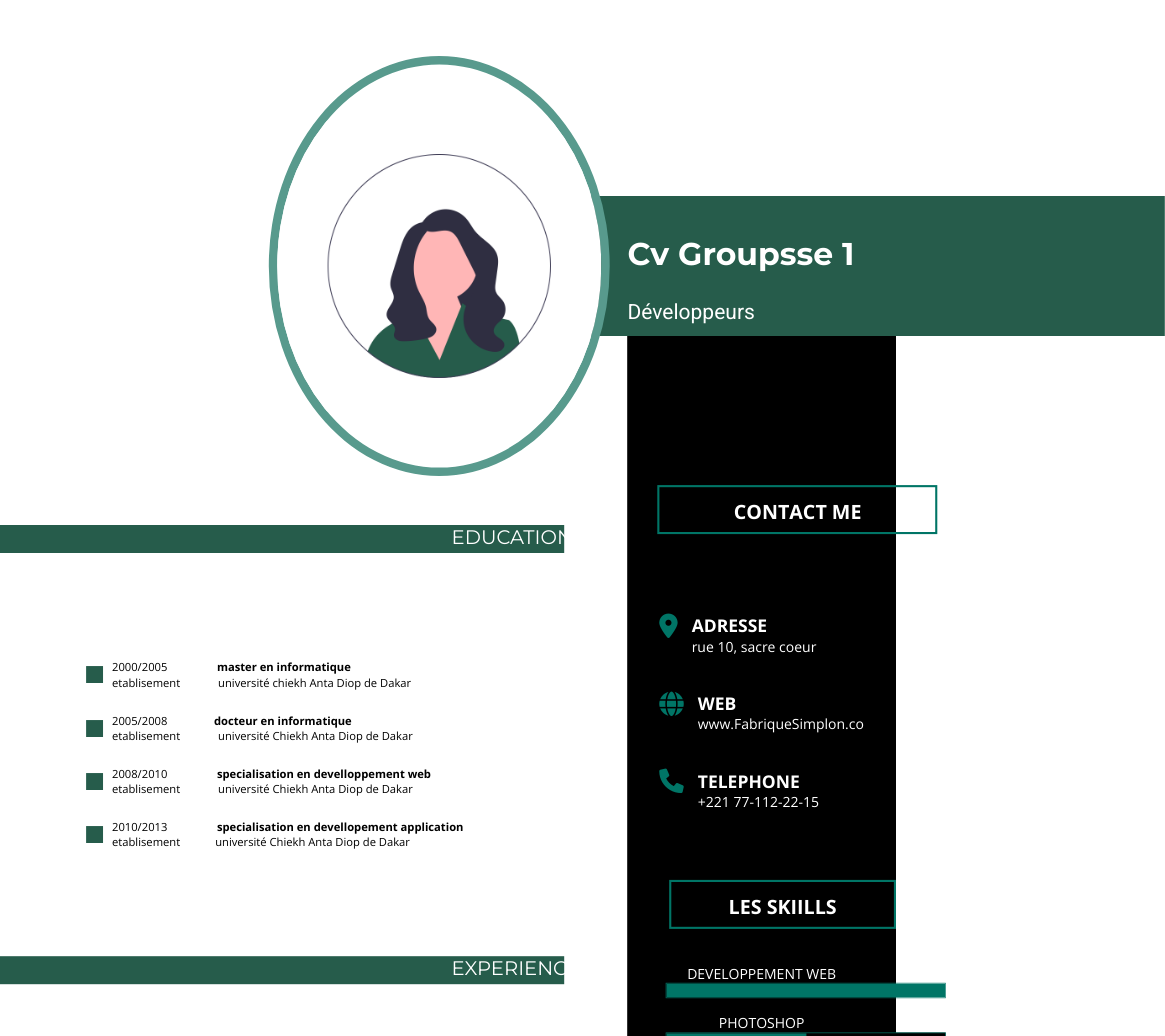
Repository: NdiongueFH/Mon_CV
Page: CV_Groupe1.html
The author's editor kept a copy of each file at every save. The page is drawn from the files as they stood at one save, then again after the next save.
The browser window is 1280 px wide. The page is 1664 px wide, so the pictures cover 1664 px, including what lies to the right of the window. The pictures show the part of the page from y = 0 to 1480 px (the page is 2097 px tall before and 1897 px after), at 70% of full size.

Above is the page before, as saved 2024-08-05 15:55:59.

### CV_Groupe1.html
<!DOCTYPE html>
<html lang="fr">
<head>
    <meta charset="UTF-8">
    <meta name="viewport" content="width=device-width, initial-scale=1.0">
    <!--Intégration de police d'écriture via un lien web-->
    <link href="https://fonts.googleapis.com/css2?family=Montserrat:wght@400;700&family=Open+Sans:wght@400;700&family=Roboto:wght@400;500&display=swap" rel="stylesheet">
    <!--Intégration de notre lien CSS-->
    <!--Intégration de police d'écriture via un lien web-->
    <link href="https://fonts.googleapis.com/css2?family=Montserrat:wght@400;700&family=Open+Sans:wght@400;700&family=Roboto:wght@400;500&display=swap" rel="stylesheet">
    <link rel="stylesheet" href="https://cdnjs.cloudflare.com/ajax/libs/font-awesome/6.0.0-beta3/css/all.min.css">
    <!--Intégration de notre lien CSS-->
    <link rel="stylesheet" href="CV_Groupe1.css">
    <title>MON CV</title>

</head>
<body>
    <!--section principale-->
    <section id="principal">

        <!--Début Partie Ndiawar-->

        <!--la partie profile de notre cv-->
        <section id="profile">
            <!--identité-->
            <div id="identite">
                <!--image-->
                <div class="image">

                    <img id="image_profil" src="./image/profil.png" alt="" sizes="30" srcset="">
                </div>
                <!--fin image-->
                <!--debut nom-->
                <div class="nom">
                    <h2 id="name_cv">Cv Groupsse 1</h2>
                    <span id="function">Développeurs</span>
                </div>
                <!--fin nom-->
            </div>
            <!--fin identité-->
        </section>
        <!--fin de la partie profile-->

        <!--Fin Partie Ndiawar Diop-->


        <!--le debut du corp de notre cv-->
        <section  id="renseignement">
            <!--corp -->
            <div id="corps">
                <!--debut blanc-->
                <div class="blanc">
                    <!--Début Partie Anta Maguette Faye-->
                    <!--education-->
                    <div class="edu_exp">
                        <!--titre education-->
                        <div class="titre_edu_exp">
                            EDUCATION
                        </div>
                        <!--fin titre education-->
                        <!--parti education-->
                        <div class="info_edu">
                            <ul id="carre">
                                <li>
                                    <p>
                                        2000/2005 &nbsp;&nbsp;&nbsp;<span class="espace"> <strong>master en informatique</strong> </span><br>
                                        etablisement <span class="espace"> université chiekh Anta Diop de Dakar  </span><br>
                                    </p>
                                </li>
                                <li>
                                    <p>
                                        2005/2008  &nbsp;&nbsp;&nbsp;<span class="espace"><strong>docteur en informatique </strong> </span><br>
                                        etablisement <span class="espace"> université Chiekh Anta Diop de Dakar</span>
                                    </p>
                                </li>
                                <li>
                                    <p>
                                        2008/2010 &nbsp;&nbsp;&nbsp;<span class="espace"> <strong>specialisation en develloppement web </strong>  </span><br>
                                        etablisement <span class="espace">université Chiekh Anta Diop de Dakar</span>
                                    </p>
                                </li>
                                <li>
                                    <p>
                                        2010/2013 &nbsp;&nbsp;&nbsp;<span class="espace"> <strong>specialisation en devellopement application</strong></span>  <br>
                                        etablisement<span class="espace">université Chiekh Anta Diop de Dakar</span>
                                    </p>

                                </li>
                            </ul>
                        </div>
                        <!--fin parti education-->
                    </div>
                    <!--fin education-->


                    <!--Fin Partie Anta Maguette Faye-->

                    <!--Début Partie Fatoumata Hawa Ndiongue-->

                    <!--experience-->
                    <div class="edu_exp" >
                        <!--titre experience-->
                        <div class="titre_edu_exp">
                            EXPERIENCE
                        </div>
                        <!--fin titre experience-->
                        <!--parti experience-->
                            <div class="info_edu">
                                <ul id="carre">
                                    <li>
                                        <p>
                                            2000/2005 &nbsp;&nbsp;&nbsp;<span class="espace"> <strong>master en informatique</strong> </span><br>
                                            etablisement <span class="espace"> université chiekh Anta Diop de Dakar  </span><br>
                                        </p>
                                    </li>
                                    <li>
                                        <p>
                                            2005/2008  &nbsp;&nbsp;&nbsp;<span class="espace"><strong>docteur en informatique </strong> </span><br>
                                            etablisement <span class="espace"> université Chiekh Anta Diop de Dakar</span>
                                        </p>
                                    </li>
                                    <li>
                                        <p>
                                            2008/2010 &nbsp;&nbsp;&nbsp;<span class="espace"> <strong>specialisation en develloppement web </strong>  </span><br>
                                            etablisement <span class="espace">université Chiekh Anta Diop de Dakar</span>
                                        </p>
                                    </li>
                                    <li>
                                        <p>
                                            2010/2013 &nbsp;&nbsp;&nbsp;<span class="espace"> <strong>specialisation en devellopement application</strong></span>  <br>
                                            etablisement<span class="espace">université Chiekh Anta Diop de Dakar</span>
                                        </p>

                                    </li>
                                </ul>
                            </div>
                        <!--fin parti experience-->
                    </div>
                    <!--fin experience-->

                    <!--Début Footer-->
                    <div id="footer">

                    </div>
                    <!--Fin Footer-->

                    <!--Fin Partie Fatoumata Hawa Ndiongue-->

                </div>
                <!--fin blanc-->

                <!--Début Moustapha Dieng-->


                <!--debut noir-->
                <div class="noir">
                    <!--contact-->
                    <div class="contact">
                        <!--titre contact-->
                        <div class="titre_contact_skill">
                            <h1>CONTACT ME</h1>
                        </div>
                        <!--fin titre contact-->
                        <!-- donnee contact-->
                        <div class="donnees_contact">
                            <div class="info_contact">
                                <i class="fas fa-map-marker-alt"></i>
                                <div>
                                    <strong>ADRESSE</strong><br>
                                    rue 10, sacre coeur
                                </div>
                            </div>
                            <div class="info_contact">
                                <i class="fas fa-globe"></i>
                                <div>
                                    <strong>WEB</strong><br>
                                    www.FabriqueSimplon.co
                                </div>
                            </div>
                            <div class="info_contact">
                                <i class="fas fa-phone"></i>
                                <div>
                                    <strong>TELEPHONE</strong><br>
                                    +221 77-112-22-15

                                </div>
                            </div>

                        </div>
                        <!--fin donnee contact-->
                    </div>
                    <!--fin contact-->
                    <!--skill-->
                    <div class="skill">
                        <!--titre skill-->
                        <div class="titre_contact_skill2">
                            <h1> LES  SKIILLS</h1>
                        </div>
                        <!--fin titre skill-->
                        <!--donné skill-->
                        <div class="donnees_skill">DEVELOPPEMENT WEB</div>
                            <div class="bar-container">
                                <div class="bar"></div>
                            </div>
                        <div class="donnees_skill">PHOTOSHOP</div>
                            <div class="bar-container">
                                <div class="bar1"></div>
                            </div>
                        <div class="donnees_skill">SOFT SKILLS</div>
                            <div class="bar-container">
                                <div class="bar2"></div>
                            </div>
                        <div class="donnees_skill">DESIGN</div>
                            <div class="bar-container">
                                <div class="bar3"></div>
                            </div>
                        <!--fin donné skill-->
                    </div>
                    <!--fin skill-->
                    <!--resaux socio-->
                    <div id="resaux">
                        <div class="rs-container">
                            <div class="rs"></div>
                        </div>
                        <div class="social-icons">
                            <i class="fab fa-facebook-f"></i>
                            <i class="fab fa-instagram"></i>
                            <i class="fab fa-twitter"></i>
                        </div>
                    </div>
                    <!--fin resaux socio-->
                </div>
                <!--fin noir-->

                <!--Fin Moustapha Dieng-->


            </div>
            <!--fin corp-->

        </section>
        <!--la fin du corp de notre cv-->
    </section>
    <!--Fin section principale-->

</body>
</html>

### CV_Groupe1.css
/*Le pseudo-élément `:root` en CSS permet de définir des variables globales pour un document,
représentant l'élément `<html>`. Utilisé pour centraliser la gestion des styles comme
les couleurs et les polices, il facilite la maintenance du CSS en rendant
les valeurs facilement réutilisables et modifiables dans toute la feuille de style.*/


:root {
    /* Définition des couleurs de base */
    --teal-1: #265C4B; /* Teal foncé */
    --teal-2: #146551; /* Teal moyen foncé */
    --teal-3: #007566; /* Teal vif */
    --teal-4: #589A8D; /* Teal clair */
    --teal-5: #fff; /* Blanc très clair */
    --Noir-6: #000000; /*Noir*/
    --Blanc-7: #ffffff; /*Blanc*/

    /* Utilisation des couleurs pour différents éléments */

    --color-title: var(--teal-1); /* Couleur pour les titres */
    --color-subtitle: var(--teal-3); /* Couleur pour les sous-titres */
    --color-paragraph: var(--teal-2); /* Couleur pour les paragraphes */
    --color-border: var(--teal-4); /* Couleur pour les bordures */
    --color-backgroundFoncé: var(--teal-1); /*Couleur de fond foncée*/
    --color-background: var(--teal-5); /* Couleur de fond général */
    --color-text: var(--Noir-6); /*Couleur pour le texte de fond*/
    --color-white: var(--Blanc-7); /*Couleur blanche pour les texte de fon d'une balise"*/
}

/*Intégration de nos polices d'écritures générales pour notre texte, titre et les sous-titres*/
:root {
    /* Polices */
    --font-title: 'Montserrat', sans-serif;
    --font-text: 'Open Sans', sans-serif;
    --font-subtitle: 'Roboto', sans-serif;

    /* Taille de police standard et poids */
    --font-size-normal: 16px; /* Taille de police standard pour le texte */
    --font-size-title: 28px; /* Taille de police pour les grands titres */
    --font-size-subtitle: 20px; /* Taille de police pour les sous-titres */
    --font-weight-normal: 400; /* Poids normal de la police */
    --font-weight-bold: 700; /* Poids en gras */
    /*Pour le profil la taile du nom et du sous-titre*/
    --font-size-titleProfil: 45px;
    --font-size-subtitleProfil: 30px;
}

/*Intégration de nos polices d'écritures générales pour notre texte, titre et les sous-titres*/
:root {
    /* Polices */
    --font-title: 'Montserrat', sans-serif;
    --font-text: 'Open Sans', sans-serif;
    --font-subtitle: 'Roboto', sans-serif;

    /* Taille de police standard et poids */
    --font-size-normal: 16px; /* Taille de police standard pour le texte */
    --font-size-title: 28px; /* Taille de police pour les grands titres */
    --font-size-subtitle: 20px; /* Taille de police pour les sous-titres */
    --font-weight-normal: 400; /* Poids normal de la police */
    --font-weight-bold: 700; /* Poids en gras */
    /*Pour le profil la taile du nom et du sous-titre*/
    --font-size-titleProfil: 45px;
    --font-size-subtitleProfil: 30px;
}

/*Initialisation de notre body pour supprimer les marges et choix du type de police pour notre site*/


/*Initialisation de notre body pour supprimer les marges et choix du type de police pour notre site*/
* {
  box-sizing: border-box;
}

body {
    margin: 0;
    padding: 0;
    color: var(--color-text);
    font-family: var(--font-text);
    font-size: var(--font-size-normal);
    font-weight: var(--font-weight-normal);
    overflow-x: hidden;
}


#profile {
    position: relative;
    z-index: 1;
    top: 400px;
    right: -30%;
    }

    #principal {
        margin-top: -320px;
    }


/*Partie Ndiawar Diop*/
    /*Début partie profil de Mon_CV*/

/*Div Identité*/
#identite {
    display: flex;
    align-items: center; /* Pour aligner verticalement les éléments à l'intérieur */
    background: none;
}
/*Image*/
.image {
    border: 12px solid var(--color-border);
    width: 600px;  /* Assurez-vous que le conteneur est carré */
    height: 600px;
    border-radius: 50%;  /* Rend l'image ronde */
    overflow: hidden;  /* Cache les parties de l'image qui débordent */
    z-index: 2; /* Nous Plaçons l'image au-dessus de .nom */
    position: relative; /* Nécessaire pour appliquer z-index */
}

#image_profil {
    width: 100%;
    height: 100%;
    object-fit: contain;  /* Garantit que l'image couvre tout l'espace sans déformation */
}
/*Le nom du profil*/
.nom {
    background-color: var(--color-backgroundFoncé);
    width: 80%;
    height: 200px; /* Aligner la hauteur avec celle de l'image */
    display: flex;
    color: var(--color-white);
    flex-direction: column;
    justify-content: center;
    text-align: left;
    padding: 0 20px 0 75px;
    margin-left: -50px; /* Ajustement pour le chevauchement */
    z-index: 1; /* S'assurer que .nom se superpose à .image */
    position: relative;
}
#name_cv{
    font-family: var(--font-title);
    font-size: var(--font-size-titleProfil);
    font-weight: var(--font-weight-bold);
}
#function {
    font-family: var(--font-subtitle);
    font-size: var(--font-size-subtitleProfil);
    font-weight: var(--font-weight-normal);
}
    /*Fin Partie profil de Mon_Cv*/
/*Fin Partie Ndiawar Diop*/

/*titre de l'ducation education*/
.titre_edu_exp{

    font-size: var(--font-size-title);
    font-family: var(--font-title);
    background-color: var(--color-title);
    width: 90%;
    height: 40px;
    text-indent: 80%;
    color: var(--color-white);
}
/*partie education*/
.info_edu{
font-size: var(--font-size-normal);
font-family: var(--font-text);
color: var(--color-text);
padding: 120px;

}
/*l espace entre les deux bloc d'information*/
.espace{

margin-left: 50px;
/*text-align:initial;*/
}
/*creation de carree avant les ecriture*/
#carre li{

    display: flex;
    position: relative;
}

 #carre li::before{
   content:"■";
   font-size: 50px;
   color: var(--color-title);
   position: absolute;
   margin-left: -40px;
}

/*Footer*/
#footer {
    /*height: 40px;*/
    padding: 40px 0 75px 0;
    background-color: var(--color-backgroundFoncé);
}

/*#principal {
    display: flex;
    background-color: white;
    width: 1600px;
    height: 2400px;
    margin: 0;
}*/
#corps {
    display: flex;
    width: 100%;
}

.blanc {
    width: 70%;
    padding-top: 470px;
    height: auto;
}
.noir {
    padding-top: 300px;
    width: 30%;
    background-color: var(--color-text);
    height: auto;
    color: var(--color-white);
}
.contact {
    display: flex;
    flex-direction: column;
    align-items: center; /* Center horizontally */
    justify-content: center; /* Center vertically (if height is set) */
    width: 80%; /* ou toute autre largeur appropriée */
    margin: 0 auto;
    padding-top: 80px;
    color: var(--color-white);
}

.titre_contact_skill{
    font-size: 24px;
    margin-bottom: 20px;
    text-align: center; /* Center the title text */
    /*border: 4px solid var(--color-backgroundFoncé);*/
    width: 100%; /* Ajuste selon tes besoins */
    padding: 5px;
 }
 .titre_contact_skill2{
    display: flex;
    flex-wrap: wrap;
    font-size: 24px;
    margin-left: 60px;
    padding-top: 50px;
    margin-top: 20px;

 }
 h1{
    border: #007566 solid;
    width: 400px;
    height: 70px;
    text-align: center;
    justify-content: center;
    align-items: center;
    padding-top: 15px;

 }


.donnees_contact {
    display: flex;
    flex-wrap: wrap;
    flex-direction: column;
    gap: 10px;
    padding-top: 20px;
}

.info_contact {
    display: flex;
    flex-wrap: wrap;
    align-items: flex-start;
    font-size: 20px;
    color: #ffffff;
    margin-top: 40px;
}

.info_contact i {
    color: #007566;
    font-size: 35px;
    margin-right: 20px;
}

.info_contact div {
    display: flex;
    flex-direction: column;
}

.info_contact strong {
    font-size: 25px;
}

.info_contact br {
    display: none;
}
.bar-container {
    width: 400px;
    background-color: black;
    border: 1px solid #007566;
    overflow: hidden;
    margin-left: 55px;
 }


 .bar {
    width: 400px;
    height: 20px;
    background-color: #007566;
 }
 .bar1 {
    width: 200px;
    height: 20px;
    background-color: #007566;
 }
 .bar2 {
    width: 410px;
    height: 20px;
    background-color: #007566;
 }
 .bar3 {
    width: 460px;
    height: 20px;
    background-color: #007566;
 }


 .donnees_skill{
    justify-content: center;
    align-items: center;
    text-align: center;
    font-size: 20px;
    margin-top: 12px;
    padding-top: 10px;
 }

 .rs-container {
    width: 300px;
    background-color: black;
    border: 1px solid #fcfdfd;
    border-radius: 5px;
    overflow: hidden;
    margin-left: 110px;
 }
 .rs {
    width: 100%;
    height: 2px;
    background-color: #fbfdfd;
 }
 #resaux{
    margin: 350px 0 30px 0;
    /* align-content: center; */
    display: block;
    justify-content: center;
 }
 .social-icons {
 margin-top: 12px;
 padding-left: 100px;
 padding-top: 30px;
 }

 .social-icons i {
    justify-content: center;
    font-size: 30px;
    border: 1px #ffffff solid;
    border-radius: 5px;
    color: #000000;
    background-color: #ffffff;
    margin-left: 50px;
 }

After the next save:
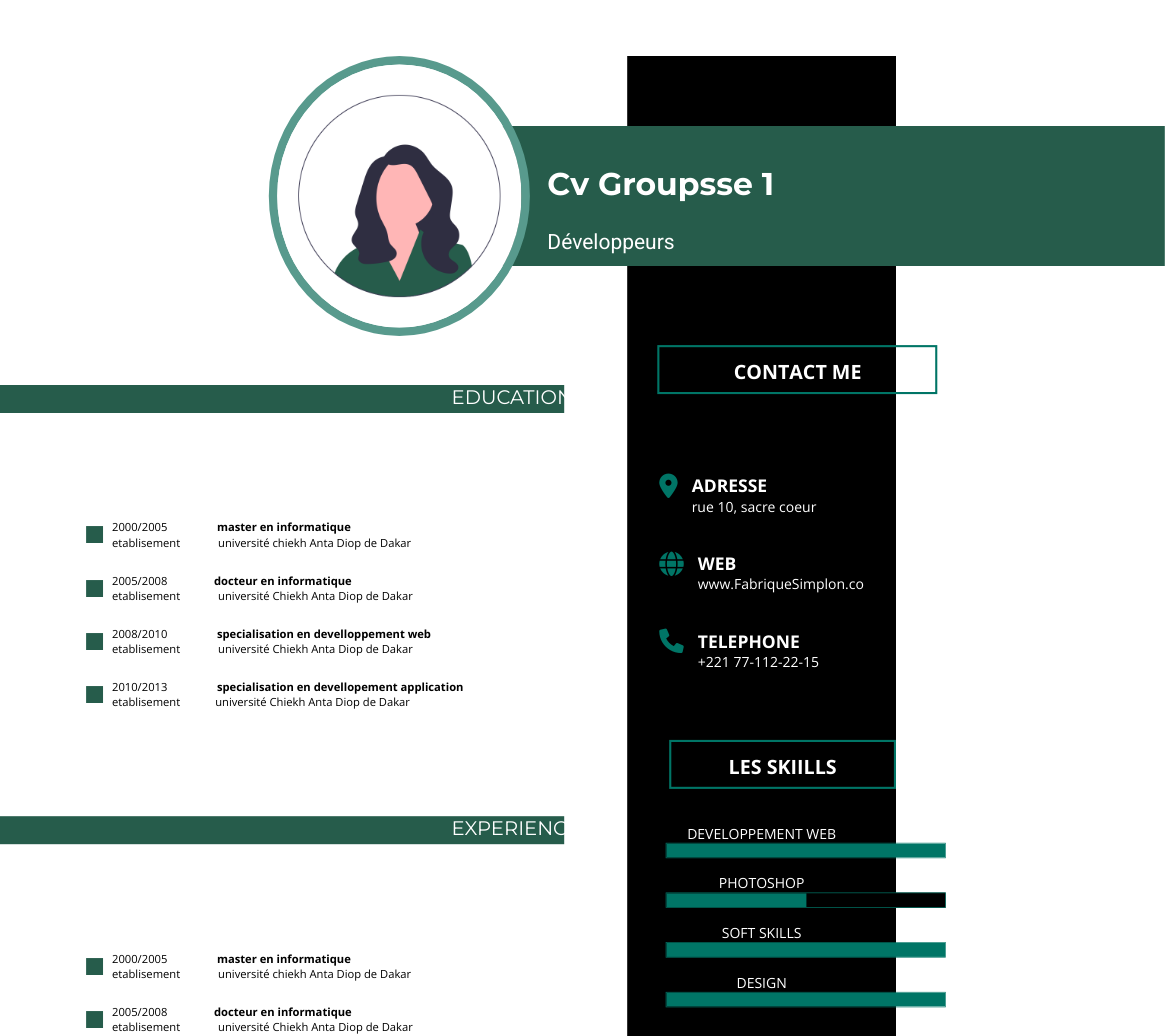
Saved 31 s later.
--- a/CV_Groupe1.css
+++ b/CV_Groupe1.css
@@ -105,9 +105,9 @@ body {
 /*Image*/
 .image {
     border: 12px solid var(--color-border);
-    width: 600px;  /* Assurez-vous que le conteneur est carré */
-    height: 600px;
-    border-radius: 50%;  /* Rend l'image ronde */
+    width: 400px;  /* Assurez-vous que le conteneur est carré */
+    height: 400px;
+    border-radius: 60%;  /* Rend l'image ronde */
     overflow: hidden;  /* Cache les parties de l'image qui débordent */
     z-index: 2; /* Nous Plaçons l'image au-dessus de .nom */
     position: relative; /* Nécessaire pour appliquer z-index */
@@ -116,7 +116,7 @@ body {
 #image_profil {
     width: 100%;
     height: 100%;
-    object-fit: contain;  /* Garantit que l'image couvre tout l'espace sans déformation */
+    object-fit: cover;  /* Garantit que l'image couvre tout l'espace sans déformation */
 }
 /*Le nom du profil*/
 .nom {
